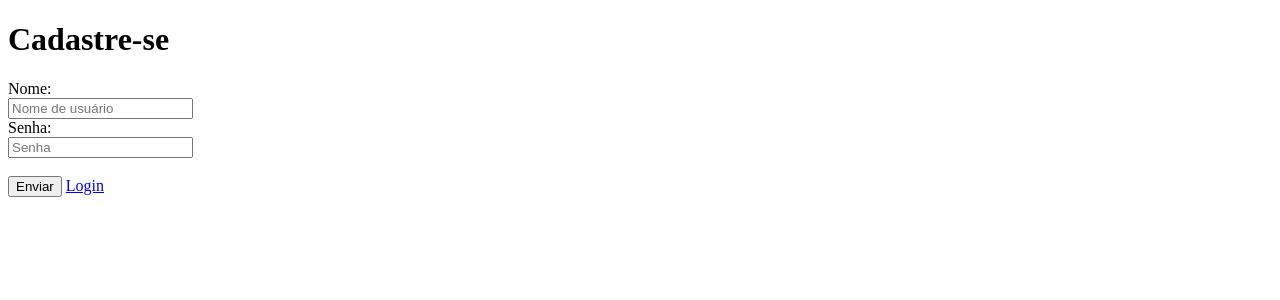
Repository: lorenavasconcellos/Trabalhos-WEB2
Page: ValidacaoLogin/src/main/webapp/TelaCadastro.html
These files come from the project's save history. The page is drawn as it stood at one moment and after the next save; the edit follows.
The browser window is 1280 px wide. The pictures show the whole page.

Above is the page before, as saved 2022-12-02 18:41:26.

After the next save:
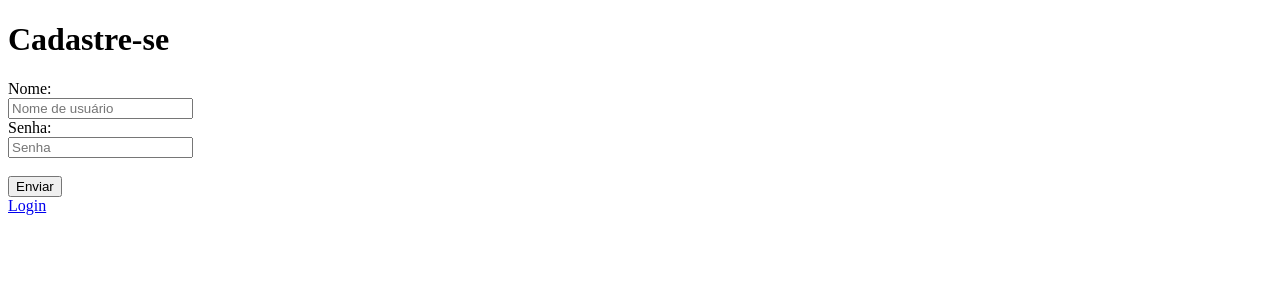
Saved 5 h 8 min later.
--- a/ValidacaoLogin/src/main/webapp/TelaCadastro.html
+++ b/ValidacaoLogin/src/main/webapp/TelaCadastro.html
@@ -15,7 +15,7 @@
 		<input type="password" name="senha" placeholder="Senha"><br></br>
 		<input type="submit" value="Enviar">
 
-		<a href="./TelaLogin.html">Login</a>
+		<br><a href="./TelaLogin.html">Login</a>
 	</form>
 </body>
 </html>
